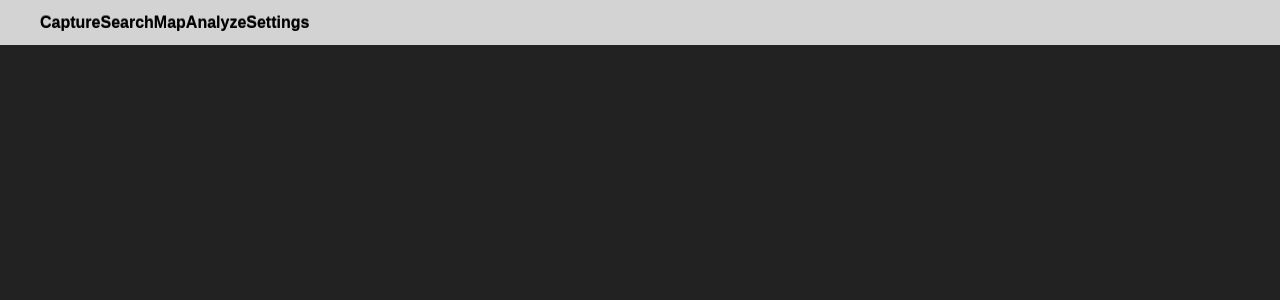
Repository: alightnin/WiFiGeolocator
Page: Final Project/WifiGeolocator/assets/www/index.html
These files come from the project's save history. The page is drawn as it stood at one moment and after the next save; the edit follows.
The browser window is 1280 px wide. The pictures show the whole page.

Above is the page before, as saved 2012-10-17 15:21:48.
Not found: Final Project/WifiGeolocator/assets/www/js/app.js

### Final Project/WifiGeolocator/assets/www/index.html
<!DOCTYPE HTML>
<html>
	<head>
		<meta name="viewport" content="width=device-width, initial-scale=1.0, user-scalable=0, minimum-scale=1.0, maximum-scale=1.0">
		<meta name="apple-mobile-web-app-capable" content="yes" />
		<link rel="stylesheet" href="css/geolocator.css">
		<script src="cordova-2.0.0.js"></script>
		<script src="js/iscroll-lite.js"></script>
		<script src="js/jquery-1.8.2.min.js"></script>
		<script src="js/app.js"></script>
		<script>
		$('#tab-bar a').on('click', function(e){
		    e.preventDefault();
		    var nextPage = $(e.target.hash);
		    $("#pages .current").removeClass("current");
		    nextPage.addClass("current");
		});
		</script>
		<title>WiFi GeoLocator</title>
	</head>
	<body>
		<header>
			<ul id="tab-bar">
    			<li><a href="#capture">Capture</a></li>
    			<li><a href="#search">Search</a></li>
    			<li><a href="#map">Map</a></li>
    			<li><a href="#analyze">Analyze</a></li>
    			<li><a href="#settings">Settings</a></li>
			</ul>
		</header>
		<div id="wrapper">
			<div id="main-content">
				<div id="pages">
    				<div id="capture" class="current">
    				</div>
    				<div id="search">
    				</div>
    				<div id="map">
    				</div>
    				<div id="analyze">
    				</div>
    				<div id="settings">
    				</div>
				</div>
			</div>
		</div>
	</body>
</html>

### Final Project/WifiGeolocator/assets/www/css/geolocator.css
html, body{
 margin: 0;
 padding: 0;
 border: 0;
}
body {
 font-family:Arial,  sans-serif;
 line-height:1.5;
 font-size:16px;
 background: #fff;
 padding:5px;
 color: #000000;
 word-wrap: break-word;
 -webkit-text-size-adjust: none;
}
h1, h2, h3, h4, h5, h6{ font-weight: normal; }
p img { float: left; margin: 0 10px 5px 0; padding: 0; }
img { border: 0; max-width: 100%; }
body{
    background: #222;
}
header{
    top:0; left:0;
    height:45px;
}
footer {
    bottom:0; left:0;
    height:48px;
    background-color:#c27b00;
    border-top:1px solid #eee;
}
header, footer{
    background-color:#d3d3d3;
    padding:0;
    position:absolute;
    z-index:2;
    font-size:16px;
    width:100%;
    text-align:center;
    color:#000000;
    font-weight:bold;
    text-shadow:0 -1px 0 rgba(0,0,0,0.5);
    line-height:45px;
}
h1{
    margin:0;
    text-transform: uppercase;
}
#wrapper {
    position:absolute;
    z-index:1;
    top:45px; bottom:48px; left:0;
    width:100%;
    overflow:auto;
}
#main-content {
    position:absolute;
    z-index:1;
    width:100%;
    padding:0;
}
#tab-bar{
    margin:0;
    padding:3;
}
#tab-bar li {
    display: inline;
    float:left;
}
#tab-bar a {
    color: #000000;
    display: block;
    overflow: hidden;
    position: relative;
    text-align: center;
    text-decoration: none;
    -webkit-touch-callout:none;
}
#pages > div {
    display: none;
    position: absolute;
    top:0;left:0;
    width:100%;
}
#pages > div.current {
    display: block;
}
#pages{
    position:relative;
}
.in, .out {
    -webkit-animation-timing-function: ease-in-out;
    -webkit-animation-duration: 400ms;
}
@-webkit-keyframes fade-in {
    from { opacity: 0; } to { opacity: 1; }
}
.fade.in {
    -webkit-animation-name: fade-in;
    z-index: 5;
}
.fade.out {
    z-index: 0;
}

### Final Project/WifiGeolocator/assets/www/js/iscroll-lite.js
/*!
 * iScroll Lite base on iScroll v4.1.6 ~ Copyright (c) 2011 Matteo Spinelli, http://cubiq.org
 * Released under MIT license, http://cubiq.org/license
 */

(function(){
var m = Math,
	mround = function (r) { return r >> 0; },
	vendor = (/webkit/i).test(navigator.appVersion) ? 'webkit' :
		(/firefox/i).test(navigator.userAgent) ? 'Moz' :
		'opera' in window ? 'O' : '',

    // Browser capabilities
    isAndroid = (/android/gi).test(navigator.appVersion),
    isIDevice = (/iphone|ipad/gi).test(navigator.appVersion),
    isPlaybook = (/playbook/gi).test(navigator.appVersion),
    isTouchPad = (/hp-tablet/gi).test(navigator.appVersion),

    has3d = 'WebKitCSSMatrix' in window && 'm11' in new WebKitCSSMatrix(),
    hasTouch = 'ontouchstart' in window && !isTouchPad,
    hasTransform = vendor + 'Transform' in document.documentElement.style,
    hasTransitionEnd = isIDevice || isPlaybook,

	nextFrame = (function() {
	    return window.requestAnimationFrame
			|| window.webkitRequestAnimationFrame
			|| window.mozRequestAnimationFrame
			|| window.oRequestAnimationFrame
			|| window.msRequestAnimationFrame
			|| function(callback) { return setTimeout(callback, 17); }
	})(),
	cancelFrame = (function () {
	    return window.cancelRequestAnimationFrame
			|| window.webkitCancelAnimationFrame
			|| window.webkitCancelRequestAnimationFrame
			|| window.mozCancelRequestAnimationFrame
			|| window.oCancelRequestAnimationFrame
			|| window.msCancelRequestAnimationFrame
			|| clearTimeout
	})(),

	// Events
	RESIZE_EV = 'onorientationchange' in window ? 'orientationchange' : 'resize',
	START_EV = hasTouch ? 'touchstart' : 'mousedown',
	MOVE_EV = hasTouch ? 'touchmove' : 'mousemove',
	END_EV = hasTouch ? 'touchend' : 'mouseup',
	CANCEL_EV = hasTouch ? 'touchcancel' : 'mouseup',

	// Helpers
	trnOpen = 'translate' + (has3d ? '3d(' : '('),
	trnClose = has3d ? ',0)' : ')',

	// Constructor
	iScroll = function (el, options) {
		var that = this,
			doc = document,
			i;

		that.wrapper = typeof el == 'object' ? el : doc.getElementById(el);
		that.wrapper.style.overflow = 'hidden';
		that.scroller = that.wrapper.children[0];

		// Default options
		that.options = {
			hScroll: true,
			vScroll: true,
			x: 0,
			y: 0,
			bounce: true,
			bounceLock: false,
			momentum: true,
			lockDirection: true,
			useTransform: true,
			useTransition: false,

			// Events
			onRefresh: null,
			onBeforeScrollStart: function (e) { e.preventDefault(); },
			onScrollStart: null,
			onBeforeScrollMove: null,
			onScrollMove: null,
			onBeforeScrollEnd: null,
			onScrollEnd: null,
			onTouchEnd: null,
			onDestroy: null
		};

		// User defined options
		for (i in options) that.options[i] = options[i];

		// Set starting position
		that.x = that.options.x;
		that.y = that.options.y;

		// Normalize options
		that.options.useTransform = hasTransform ? that.options.useTransform : false;
		that.options.hScrollbar = that.options.hScroll && that.options.hScrollbar;
		that.options.vScrollbar = that.options.vScroll && that.options.vScrollbar;
		that.options.useTransition = hasTransitionEnd && that.options.useTransition;

		// Set some default styles
		that.scroller.style[vendor + 'TransitionProperty'] = that.options.useTransform ? '-' + vendor.toLowerCase() + '-transform' : 'top left';
		that.scroller.style[vendor + 'TransitionDuration'] = '0';
		that.scroller.style[vendor + 'TransformOrigin'] = '0 0';
		if (that.options.useTransition) that.scroller.style[vendor + 'TransitionTimingFunction'] = 'cubic-bezier(0.33,0.66,0.66,1)';

		if (that.options.useTransform) that.scroller.style[vendor + 'Transform'] = trnOpen + that.x + 'px,' + that.y + 'px' + trnClose;
		else that.scroller.style.cssText += ';position:absolute;top:' + that.y + 'px;left:' + that.x + 'px';

		that.refresh();

		that._bind(RESIZE_EV, window);
		that._bind(START_EV);
		if (!hasTouch) that._bind('mouseout', that.wrapper);
	};

// Prototype
iScroll.prototype = {
	enabled: true,
	x: 0,
	y: 0,
	steps: [],
	scale: 1,

	handleEvent: function (e) {
		var that = this;
		switch(e.type) {
			case START_EV:
				if (!hasTouch && e.button !== 0) return;
				that._start(e);
				break;
			case MOVE_EV: that._move(e); break;
			case END_EV:
			case CANCEL_EV: that._end(e); break;
			case RESIZE_EV: that._resize(); break;
			case 'mouseout': that._mouseout(e); break;
			case 'webkitTransitionEnd': that._transitionEnd(e); break;
		}
	},

	_resize: function () {
		this.refresh();
	},

	_pos: function (x, y) {
		x = this.hScroll ? x : 0;
		y = this.vScroll ? y : 0;

		if (this.options.useTransform) {
			this.scroller.style[vendor + 'Transform'] = trnOpen + x + 'px,' + y + 'px' + trnClose + ' scale(' + this.scale + ')';
		} else {
			x = mround(x);
			y = mround(y);
			this.scroller.style.left = x + 'px';
			this.scroller.style.top = y + 'px';
		}

		this.x = x;
		this.y = y;
	},

	_start: function (e) {
		var that = this,
			point = hasTouch ? e.touches[0] : e,
			matrix, x, y;

		if (!that.enabled) return;

		if (that.options.onBeforeScrollStart) that.options.onBeforeScrollStart.call(that, e);

		if (that.options.useTransition) that._transitionTime(0);

		that.moved = false;
		that.animating = false;
		that.zoomed = false;
		that.distX = 0;
		that.distY = 0;
		that.absDistX = 0;
		that.absDistY = 0;
		that.dirX = 0;
		that.dirY = 0;

		if (that.options.momentum) {
			if (that.options.useTransform) {
				// Very lame general purpose alternative to CSSMatrix
				matrix = getComputedStyle(that.scroller, null)[vendor + 'Transform'].replace(/[^0-9-.,]/g, '').split(',');
				x = matrix[4] * 1;
				y = matrix[5] * 1;
			} else {
				x = getComputedStyle(that.scroller, null).left.replace(/[^0-9-]/g, '') * 1;
				y = getComputedStyle(that.scroller, null).top.replace(/[^0-9-]/g, '') * 1;
			}

			if (x != that.x || y != that.y) {
				if (that.options.useTransition) that._unbind('webkitTransitionEnd');
				else cancelFrame(that.aniTime);
				that.steps = [];
				that._pos(x, y);
			}
		}

		that.startX = that.x;
		that.startY = that.y;
		that.pointX = point.pageX;
		that.pointY = point.pageY;

		that.startTime = e.timeStamp || Date.now();

		if (that.options.onScrollStart) that.options.onScrollStart.call(that, e);

		that._bind(MOVE_EV);
		that._bind(END_EV);
		that._bind(CANCEL_EV);
	},

	_move: function (e) {
		var that = this,
			point = hasTouch ? e.touches[0] : e,
			deltaX = point.pageX - that.pointX,
			deltaY = point.pageY - that.pointY,
			newX = that.x + deltaX,
			newY = that.y + deltaY,
			timestamp = e.timeStamp || Date.now();

		if (that.options.onBeforeScrollMove) that.options.onBeforeScrollMove.call(that, e);

		that.pointX = point.pageX;
		that.pointY = point.pageY;

		// Slow down if outside of the boundaries
		if (newX > 0 || newX < that.maxScrollX) {
			newX = that.options.bounce ? that.x + (deltaX / 2) : newX >= 0 || that.maxScrollX >= 0 ? 0 : that.maxScrollX;
		}
		if (newY > 0 || newY < that.maxScrollY) {
			newY = that.options.bounce ? that.y + (deltaY / 2) : newY >= 0 || that.maxScrollY >= 0 ? 0 : that.maxScrollY;
		}

		that.distX += deltaX;
		that.distY += deltaY;
		that.absDistX = m.abs(that.distX);
		that.absDistY = m.abs(that.distY);

		if (that.absDistX < 6 && that.absDistY < 6) {
			return;
		}

		// Lock direction
		if (that.options.lockDirection) {
			if (that.absDistX > that.absDistY + 5) {
				newY = that.y;
				deltaY = 0;
			} else if (that.absDistY > that.absDistX + 5) {
				newX = that.x;
				deltaX = 0;
			}
		}

		that.moved = true;
		that._pos(newX, newY);
		that.dirX = deltaX > 0 ? -1 : deltaX < 0 ? 1 : 0;
		that.dirY = deltaY > 0 ? -1 : deltaY < 0 ? 1 : 0;

		if (timestamp - that.startTime > 300) {
			that.startTime = timestamp;
			that.startX = that.x;
			that.startY = that.y;
		}

		if (that.options.onScrollMove) that.options.onScrollMove.call(that, e);
	},

	_end: function (e) {
		if (hasTouch && e.touches.length != 0) return;

		var that = this,
			point = hasTouch ? e.changedTouches[0] : e,
			target, ev,
			momentumX = { dist:0, time:0 },
			momentumY = { dist:0, time:0 },
			duration = (e.timeStamp || Date.now()) - that.startTime,
			newPosX = that.x,
			newPosY = that.y,
			newDuration;

		that._unbind(MOVE_EV);
		that._unbind(END_EV);
		that._unbind(CANCEL_EV);

		if (that.options.onBeforeScrollEnd) that.options.onBeforeScrollEnd.call(that, e);

		if (!that.moved) {
			if (hasTouch) {
				// Find the last touched element
				target = point.target;
				while (target.nodeType != 1) target = target.parentNode;

				if (target.tagName != 'SELECT' && target.tagName != 'INPUT' && target.tagName != 'TEXTAREA') {
					ev = document.createEvent('MouseEvents');
					ev.initMouseEvent('click', true, true, e.view, 1,
						point.screenX, point.screenY, point.clientX, point.clientY,
						e.ctrlKey, e.altKey, e.shiftKey, e.metaKey,
						0, null);
					ev._fake = true;
					target.dispatchEvent(ev);
				}
			}

			that._resetPos(200);

			if (that.options.onTouchEnd) that.options.onTouchEnd.call(that, e);
			return;
		}

		if (duration < 300 && that.options.momentum) {
			momentumX = newPosX ? that._momentum(newPosX - that.startX, duration, -that.x, that.scrollerW - that.wrapperW + that.x, that.options.bounce ? that.wrapperW : 0) : momentumX;
			momentumY = newPosY ? that._momentum(newPosY - that.startY, duration, -that.y, (that.maxScrollY < 0 ? that.scrollerH - that.wrapperH + that.y : 0), that.options.bounce ? that.wrapperH : 0) : momentumY;

			newPosX = that.x + momentumX.dist;
			newPosY = that.y + momentumY.dist;

 			if ((that.x > 0 && newPosX > 0) || (that.x < that.maxScrollX && newPosX < that.maxScrollX)) momentumX = { dist:0, time:0 };
 			if ((that.y > 0 && newPosY > 0) || (that.y < that.maxScrollY && newPosY < that.maxScrollY)) momentumY = { dist:0, time:0 };
		}

		if (momentumX.dist || momentumY.dist) {
			newDuration = m.max(m.max(momentumX.time, momentumY.time), 10);

			that.scrollTo(mround(newPosX), mround(newPosY), newDuration);

			if (that.options.onTouchEnd) that.options.onTouchEnd.call(that, e);
			return;
		}

		that._resetPos(200);
		if (that.options.onTouchEnd) that.options.onTouchEnd.call(that, e);
	},

	_resetPos: function (time) {
		var that = this,
			resetX = that.x >= 0 ? 0 : that.x < that.maxScrollX ? that.maxScrollX : that.x,
			resetY = that.y >= 0 || that.maxScrollY > 0 ? 0 : that.y < that.maxScrollY ? that.maxScrollY : that.y;

		if (resetX == that.x && resetY == that.y) {
			if (that.moved) {
				if (that.options.onScrollEnd) that.options.onScrollEnd.call(that);		// Execute custom code on scroll end
				that.moved = false;
			}

			return;
		}

		that.scrollTo(resetX, resetY, time || 0);
	},

	_mouseout: function (e) {
		var t = e.relatedTarget;

		if (!t) {
			this._end(e);
			return;
		}

		while (t = t.parentNode) if (t == this.wrapper) return;

		this._end(e);
	},

	_transitionEnd: function (e) {
		var that = this;

		if (e.target != that.scroller) return;

		that._unbind('webkitTransitionEnd');

		that._startAni();
	},

	/**
	 *
	 * Utilities
	 *
	 */
	_startAni: function () {
		var that = this,
			startX = that.x, startY = that.y,
			startTime = Date.now(),
			step, easeOut,
			animate;

		if (that.animating) return;

		if (!that.steps.length) {
			that._resetPos(400);
			return;
		}

		step = that.steps.shift();

		if (step.x == startX && step.y == startY) step.time = 0;

		that.animating = true;
		that.moved = true;

		if (that.options.useTransition) {
			that._transitionTime(step.time);
			that._pos(step.x, step.y);
			that.animating = false;
			if (step.time) that._bind('webkitTransitionEnd');
			else that._resetPos(0);
			return;
		}

		animate = function () {
			var now = Date.now(),
				newX, newY;

			if (now >= startTime + step.time) {
				that._pos(step.x, step.y);
				that.animating = false;
				if (that.options.onAnimationEnd) that.options.onAnimationEnd.call(that);			// Execute custom code on animation end
				that._startAni();
				return;
			}

			now = (now - startTime) / step.time - 1;
			easeOut = m.sqrt(1 - now * now);
			newX = (step.x - startX) * easeOut + startX;
			newY = (step.y - startY) * easeOut + startY;
			that._pos(newX, newY);
			if (that.animating) that.aniTime = nextFrame(animate);
		};

		animate();
	},

	_transitionTime: function (time) {
		this.scroller.style[vendor + 'TransitionDuration'] = time + 'ms';
	},

	_momentum: function (dist, time, maxDistUpper, maxDistLower, size) {
		var deceleration = 0.0006,
			speed = m.abs(dist) / time,
			newDist = (speed * speed) / (2 * deceleration),
			newTime = 0, outsideDist = 0;

		// Proportinally reduce speed if we are outside of the boundaries
		if (dist > 0 && newDist > maxDistUpper) {
			outsideDist = size / (6 / (newDist / speed * deceleration));
			maxDistUpper = maxDistUpper + outsideDist;
			speed = speed * maxDistUpper / newDist;
			newDist = maxDistUpper;
		} else if (dist < 0 && newDist > maxDistLower) {
			outsideDist = size / (6 / (newDist / speed * deceleration));
			maxDistLower = maxDistLower + outsideDist;
			speed = speed * maxDistLower / newDist;
			newDist = maxDistLower;
		}

		newDist = newDist * (dist < 0 ? -1 : 1);
		newTime = speed / deceleration;

		return { dist: newDist, time: mround(newTime) };
	},

	_offset: function (el) {
		var left = -el.offsetLeft,
			top = -el.offsetTop;

		while (el = el.offsetParent) {
			left -= el.offsetLeft;
			top -= el.offsetTop;
		}

		return { left: left, top: top };
	},

	_bind: function (type, el, bubble) {
		(el || this.scroller).addEventListener(type, this, !!bubble);
	},

	_unbind: function (type, el, bubble) {
		(el || this.scroller).removeEventListener(type, this, !!bubble);
	},


	/**
	 *
	 * Public methods
	 *
	 */
	destroy: function () {
		var that = this;

		that.scroller.style[vendor + 'Transform'] = '';

		// Remove the event listeners
		that._unbind(RESIZE_EV, window);
		that._unbind(START_EV);
		that._unbind(MOVE_EV);
		that._unbind(END_EV);
		that._unbind(CANCEL_EV);
		that._unbind('mouseout', that.wrapper);
		if (that.options.useTransition) that._unbind('webkitTransitionEnd');

		if (that.options.onDestroy) that.options.onDestroy.call(that);
	},

	refresh: function () {
		var that = this,
			offset;

		that.wrapperW = that.wrapper.clientWidth;
		that.wrapperH = that.wrapper.clientHeight;

		that.scrollerW = that.scroller.offsetWidth;
		that.scrollerH = that.scroller.offsetHeight;
		that.maxScrollX = that.wrapperW - that.scrollerW;
		that.maxScrollY = that.wrapperH - that.scrollerH;
		that.dirX = 0;
		that.dirY = 0;

		that.hScroll = that.options.hScroll && that.maxScrollX < 0;
		that.vScroll = that.options.vScroll && (!that.options.bounceLock && !that.hScroll || that.scrollerH > that.wrapperH);

		offset = that._offset(that.wrapper);
		that.wrapperOffsetLeft = -offset.left;
		that.wrapperOffsetTop = -offset.top;


		that.scroller.style[vendor + 'TransitionDuration'] = '0';

		that._resetPos(200);
	},

	scrollTo: function (x, y, time, relative) {
		var that = this,
			step = x,
			i, l;

		that.stop();

		if (!step.length) step = [{ x: x, y: y, time: time, relative: relative }];

		for (i=0, l=step.length; i<l; i++) {
			if (step[i].relative) { step[i].x = that.x - step[i].x; step[i].y = that.y - step[i].y; }
			that.steps.push({ x: step[i].x, y: step[i].y, time: step[i].time || 0 });
		}

		that._startAni();
	},

	scrollToElement: function (el, time) {
		var that = this, pos;
		el = el.nodeType ? el : that.scroller.querySelector(el);
		if (!el) return;

		pos = that._offset(el);
		pos.left += that.wrapperOffsetLeft;
		pos.top += that.wrapperOffsetTop;

		pos.left = pos.left > 0 ? 0 : pos.left < that.maxScrollX ? that.maxScrollX : pos.left;
		pos.top = pos.top > 0 ? 0 : pos.top < that.maxScrollY ? that.maxScrollY : pos.top;
		time = time === undefined ? m.max(m.abs(pos.left)*2, m.abs(pos.top)*2) : time;

		that.scrollTo(pos.left, pos.top, time);
	},

	disable: function () {
		this.stop();
		this._resetPos(0);
		this.enabled = false;

		// If disabled after touchstart we make sure that there are no left over events
		this._unbind(MOVE_EV);
		this._unbind(END_EV);
		this._unbind(CANCEL_EV);
	},

	enable: function () {
		this.enabled = true;
	},

	stop: function () {
		cancelFrame(this.aniTime);
		this.steps = [];
		this.moved = false;
		this.animating = false;
	}
};

if (typeof exports !== 'undefined') exports.iScroll = iScroll;
else window.iScroll = iScroll;

})();

Loaded but not shown: Final Project/WifiGeolocator/assets/www/js/cordova-2.0.0.js (library); Final Project/WifiGeolocator/assets/www/js/jquery-1.8.2.min.js (library)

After the next save:
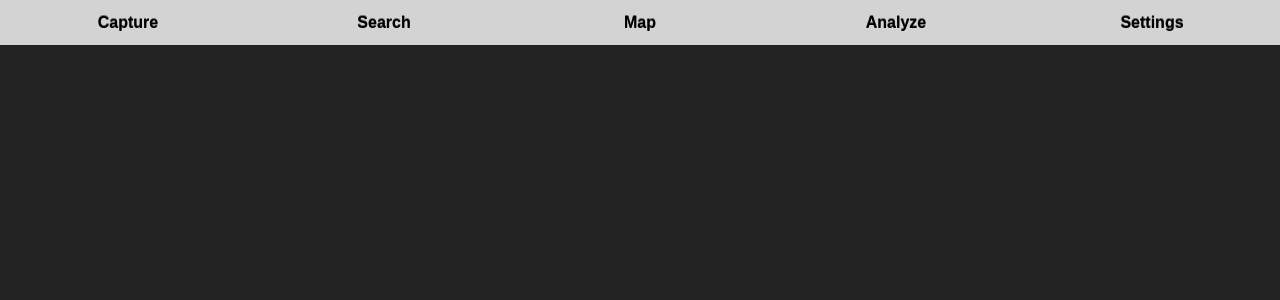
Saved 30 s later.
--- a/Final Project/WifiGeolocator/assets/www/css/geolocator.css
+++ b/Final Project/WifiGeolocator/assets/www/css/geolocator.css
@@ -61,11 +61,12 @@ h1{
 }
 #tab-bar{
     margin:0;
-    padding:3;
+    padding:0;
 }
 #tab-bar li {
     display: inline;
     float:left;
+    width: 20%;
 }
 #tab-bar a {
     color: #000000;
